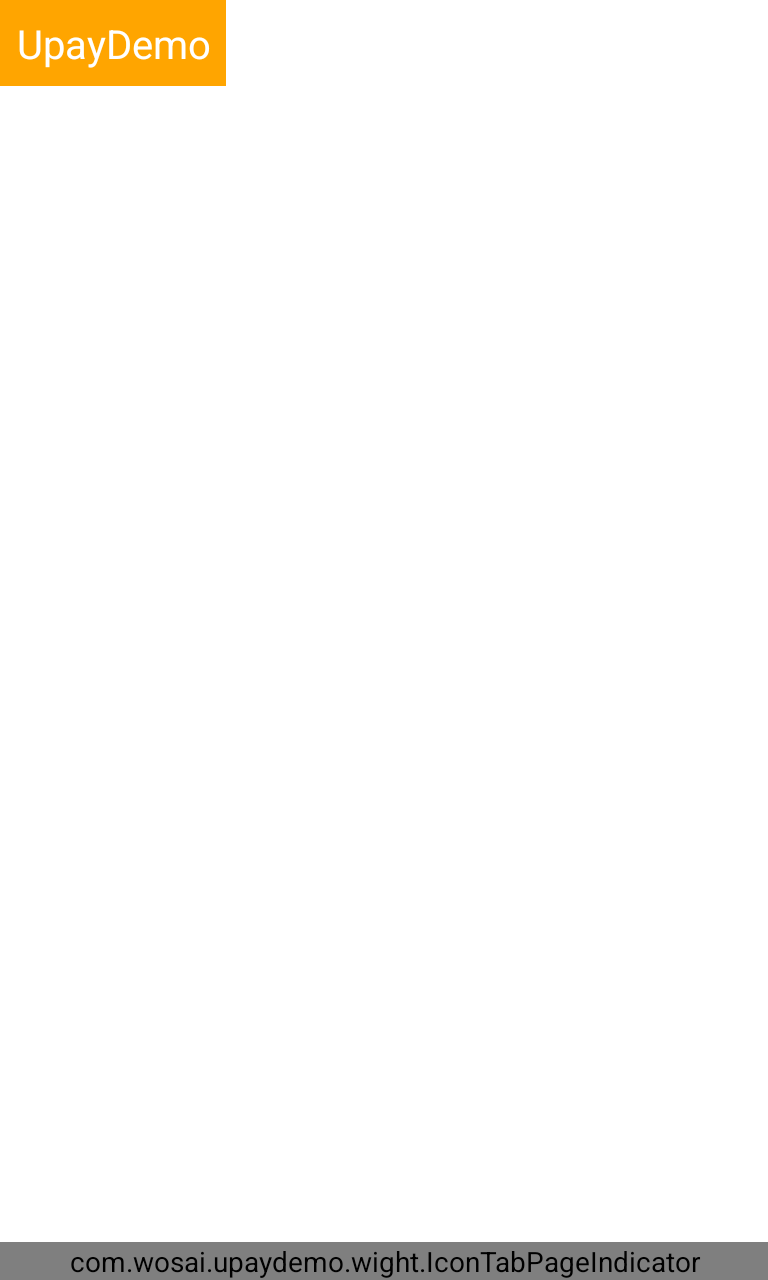
Repository: blanks1314/sysnc_android
Layout: UpayDemo/res/layout/activity_home.xml
An editor plug-in stored every save of this project. The layout is shown before and after the next save, followed by the edit.
Pictures or frames that could not be fetched are drawn as grey boxes. It is drawn on a 768 x 1280 px phone screen (xhdpi) without system bars, with theme AppTheme; the app's code is not run. Lists and similar views that code fills are empty.

Above is the layout before, as saved 2015-04-28 10:00:17.

After the next save:
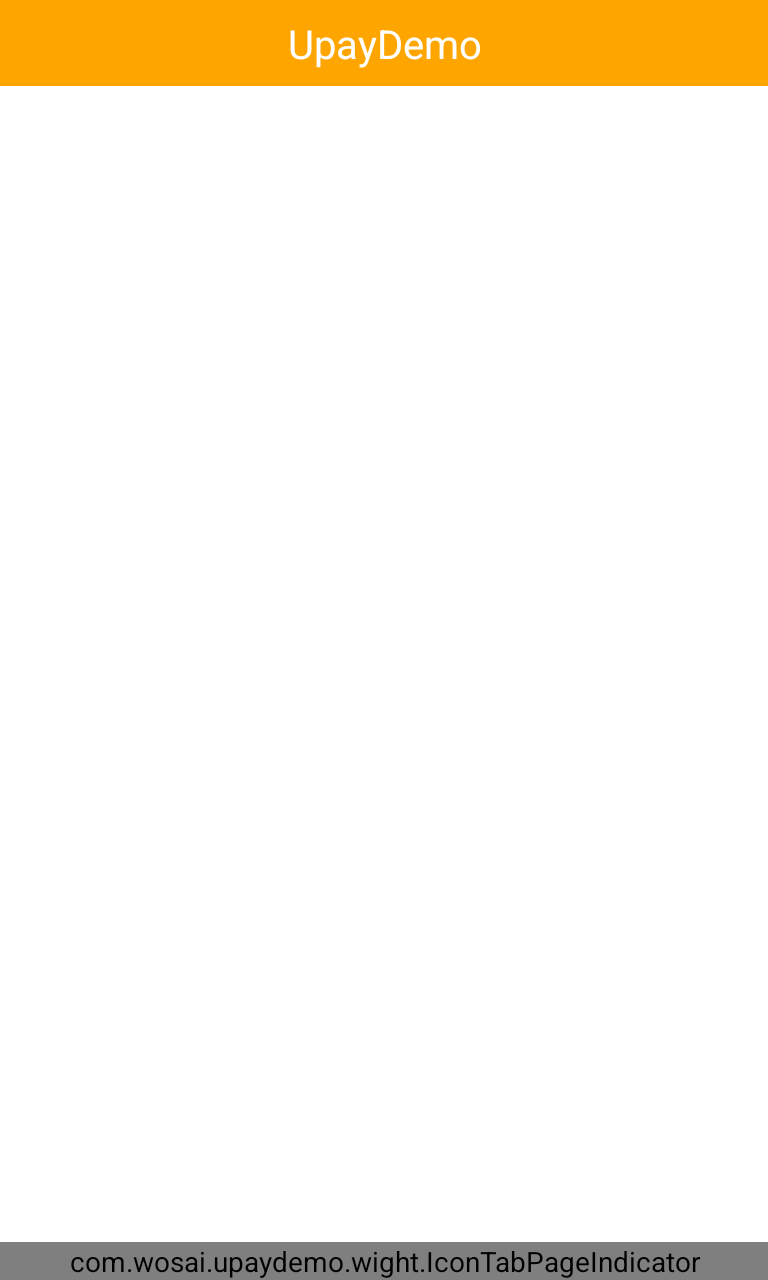
Saved 38 s later.
--- a/UpayDemo/res/layout/activity_home.xml
+++ b/UpayDemo/res/layout/activity_home.xml
@@ -5,7 +5,7 @@
     android:orientation="vertical"
     tools:context="${relativePackage}.${activityClass}" >
 
-    <include android:layout_width="wrap_content"
+    <include android:layout_width="match_parent"
         android:layout_height="wrap_content"
         layout="@layout/top_bar"/>
 
